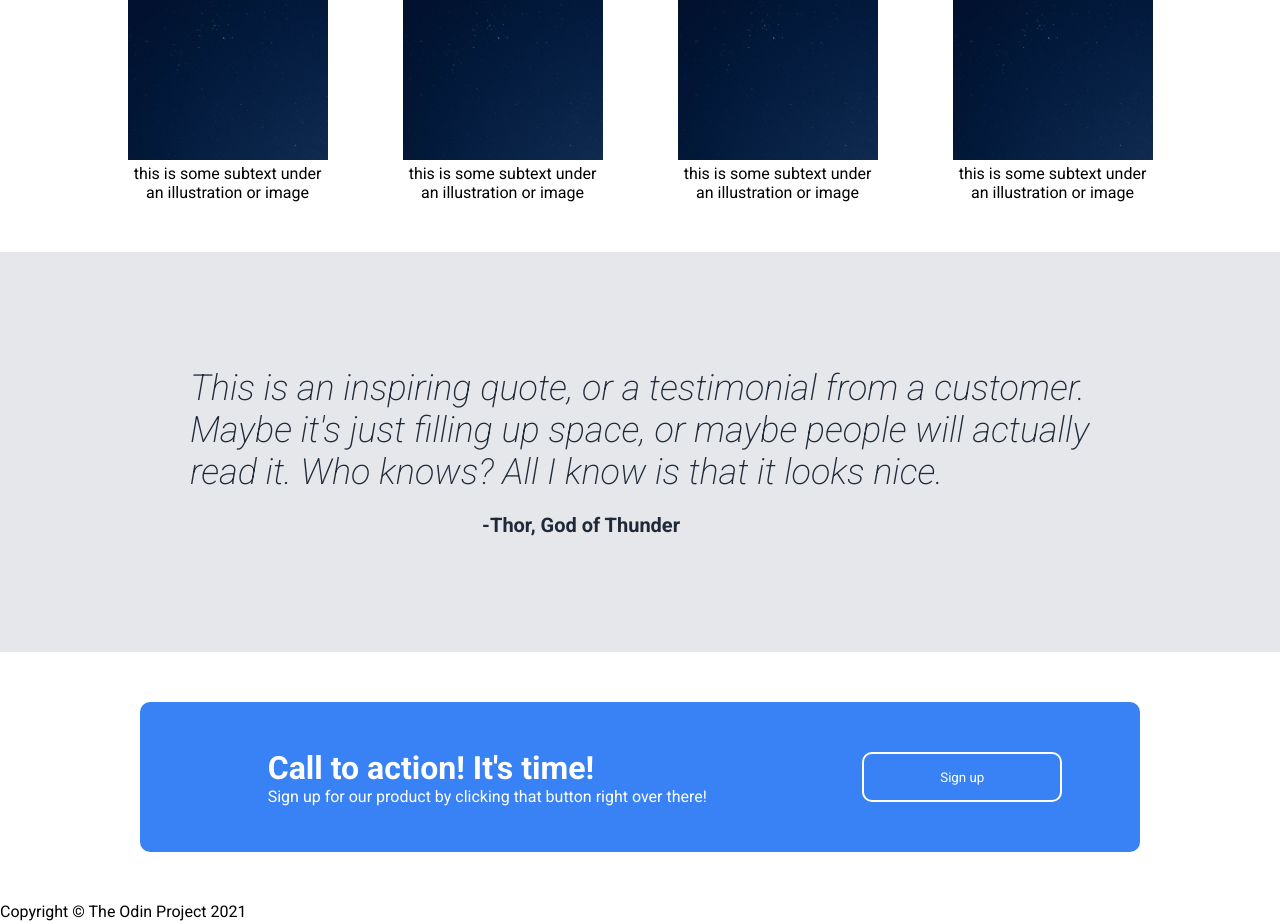
Repository: aaronestre/odin-landingpage
Page: index.html
An editor plug-in stored every save of this project. The page is shown before and after the next save, followed by the edit.
The browser window is 1280 px wide. The pictures show the part of the page from y = 732 to 1684 px (the page is 1653 px tall before and 1684 px after).
A picture or video elsewhere on the page could not be fetched, so the positions and the page height are approximate.

Above is the page before, as saved 2025-02-12 21:26:54.

### index.html
<!DOCTYPE html>
<html lang="en">
    <head>
        <meta charset="UTF-8" />
        <meta http-equiv="X-UA-Compatible" content="IE=edge" />
        <meta name="viewport" content="width=device-width, initial-scale=1.0" />
        <link rel="stylesheet" href="index.css" />
        <link rel="preconnect" href="https://fonts.googleapis.com">
<link rel="preconnect" href="https://fonts.gstatic.com" crossorigin>
<link href="https://fonts.googleapis.com/css2?family=Permanent+Marker&family=Roboto:ital,wght@0,100..900;1,100..900&display=swap" rel="stylesheet">

        <title>Odin Landing Page</title>
    </head>
    <body>
        <div class="header">
            <h1>Header Logo</h1>
            <div class="header-right">
                <p>header link 1</p>
                <p>header link 2</p>
                <p>header link 3</p>
            </div>
        </div>
        <div class="hero">
            <div class="hero-left">
                <h1>This website is awesome</h1>
                <p>This website has some subtext that goes here under the main title. It's a smaller font and the color is lower contrast</p>
                <button>Sign up</button>
            </div>
            <div class="hero-right">
                <img class="hero-image" src="./pictures/hero-image.jpg" alt="This is a placeholder for an image" />
            </div>
        </div>
        <div class="info">
            <h1>Some random information.</h1>
            <div class="info-container">
                <div class="info-item">
                    <img class="info-image" src="./pictures/placeholder.jpg" alt="This is a placeholder for an image" />
                    <p class="info-text">this is some subtext under an illustration or image</p>
                </div>
                <div class="info-item">
                    <img class="info-image" src="./pictures/placeholder.jpg" alt="This is a placeholder for an image" />
                    <p class="info-text">this is some subtext under an illustration or image</p>
                </div>
                <div class="info-item">
                    <img class="info-image" src="./pictures/placeholder.jpg" alt="This is a placeholder for an image" />
                    <p class="info-text">this is some subtext under an illustration or image</p>
                </div>
                <div class="info-item">
                    <img class="info-image" src="./pictures/placeholder.jpg" alt="This is a placeholder for an image" />
                    <p class="info-text">this is some subtext under an illustration or image</p>
                </div>
            </div>
        </div>
        <div class="quote">
            <p class="quote-text">
                This is an inspiring quote, or a testimonial from a customer. Maybe it's just filling up space, or maybe people will actually read it. Who knows? All I know is that it looks nice.
            </p>
            <p class="quote-author">-Thor, God of Thunder</p>
        </div>
        <div class="cta">
            <div class="cta-container">
                <div class="cta-text">
                    <h1>Call to action! It's time!</h1>
                    <p>Sign up for our product by clicking that button right over there!</p>
                </div>
                <button>Sign up</button>
            </div>
        </div>
        <div class="footer">
            <p>Copyright © The Odin Project 2021</p>
        </div>
    </body>
</html>

### index.css
* {
    margin: 0;
    padding: 0;
    box-sizing: border-box;
    font-family: Roboto;
}

.header {
    background-color: #1f2937;
    margin: 0px;
    width: 100%;
    height: 50px;
    color: white;
    font-family: Roboto;
    display: flex;
    justify-content: space-around;
    align-items: center;
}

.header h1 {
    font-size: 32px;
}

.header-right {
    display: flex;
    justify-content: flex-end;
    font-size: 18px;
    gap: 16px;
}

.hero {
    background-color: #1f2937;
    color: white;
    width: 100%;
    height: 500px;
    display: flex;
    justify-content: space-around;
    align-items: center;
}

.hero-left {
    margin-left: 175px;
    width: 20%;
}

.hero h1 {
    font-size: 48px;
    margin-bottom: 10px;
}

.hero p {
    font-size: 18px;
    margin-bottom: 10px;
}

.hero button {
    background-color: #3882f6;
    color: white;
    width: 100px;
    height: 40px;
    border-radius: 10px;
    border: none;
}

.hero-image {
    background-color: #1f2937;
    margin-right: 175px;
    height: 350px;
    display: flex;
    justify-content: center;
    align-items: center;
}

.info {
    display: flex;
    flex-direction: column;
    justify-content: center;
    align-items: center;
    margin-bottom: 50px;
}

.info h1 {
    font-size: 36px;
    margin: 50px 0;
}

.info-container {
    display: flex;
    justify-content: center;
    align-items: center;
    gap: 75px;
}

.info-image {
    width: 200px;
}

.info-text {
    width: 200px;
    text-align: center;
}

.quote {
    background-color: #e5e7eb;
    display: flex;
    flex-direction: column;
    justify-content: center;
    align-items: center;
    font-size: 36px;
    color: #1f2937;
    height: 400px;
}

.quote-text {
    font-style: italic;
    font-weight: 200;
    margin-bottom: 20px;
    width: 900px;
}

.quote-author {
    font-weight: bold;
    font-size: 20px;
    align-self: flex-end;
    margin-right: 600px;
}

.cta {
    color: #fff;
    display: flex;
    justify-content: center;
    margin: 50px;
}

.cta-container {
    background-color: #3882f6;
    display: flex;
    height: 150px;
    width: 1000px;
    border-radius: 10px;
    justify-content: space-around;
    align-items: center;
}

.cta-text {
    display: flex;
    flex-direction: column;
    justify-content: center;
    margin-left: 50px;
}

.cta button {
    background-color: #3882f6;
    color: #fff;
    width: 200px;
    height: 50px;
    border-radius: 10px;
    border: 2px solid #fff;
}

After the next save:
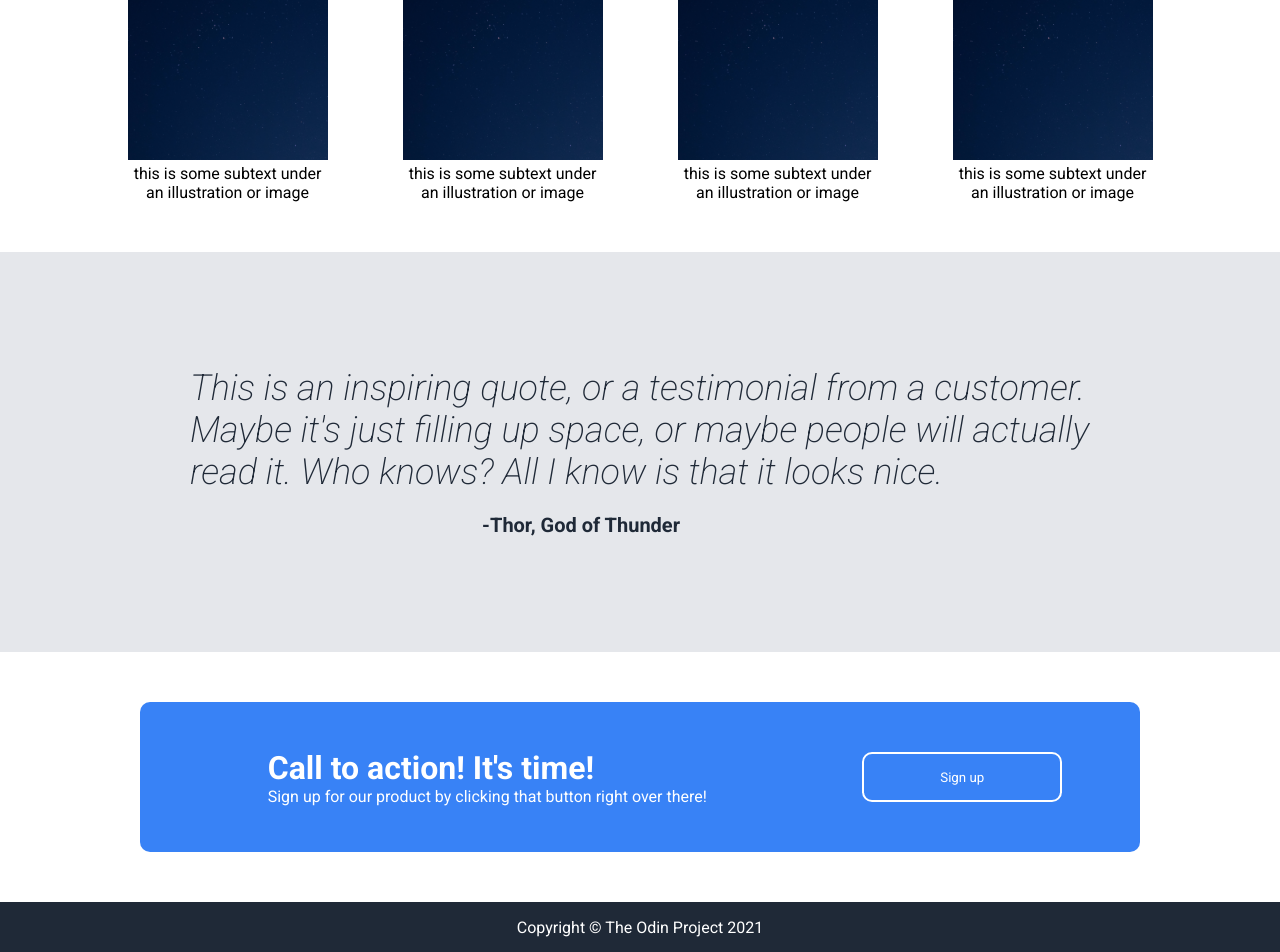
Saved 24 s later.
--- a/index.css
+++ b/index.css
@@ -157,3 +157,12 @@
     border-radius: 10px;
     border: 2px solid #fff;
 }
+
+.footer {
+    background-color: #1f2937;
+    color: #fff;
+    display: flex;
+    justify-content: center;
+    align-items: center;
+    height: 50px;
+}
